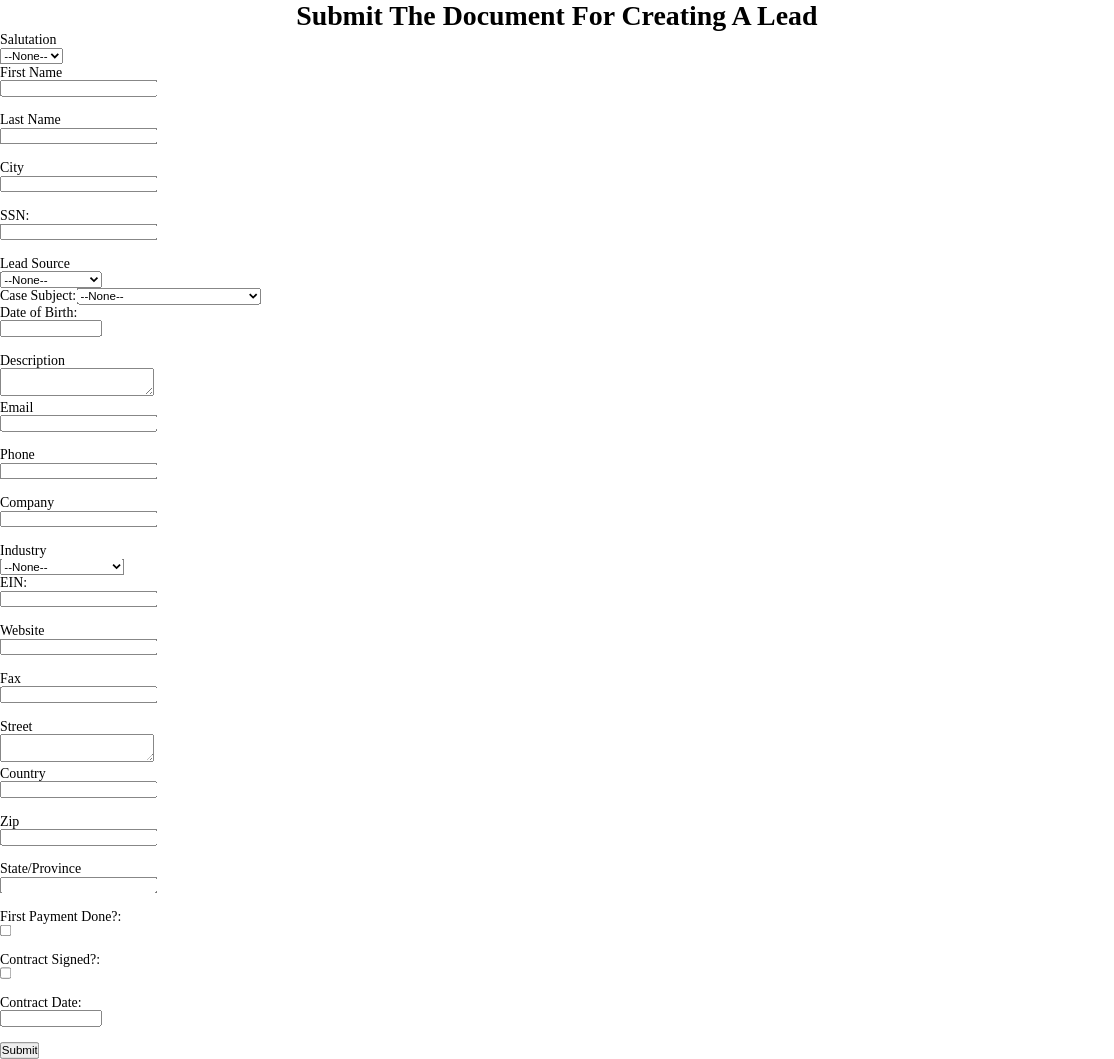
Repository: yaseminvural99/changeForce
Page: index.html
These files come from the project's save history. The page is drawn as it stood at one moment and after a run of saves; the edit follows.
The browser window is 1280 px wide. The pictures show the whole page, at 87% of full size.

Above is the page before, as saved 2024-04-26 21:48:13.

### index.html
<!DOCTYPE html>
<html lang="en">
<head>
    <meta charset="UTF-8">
    <meta name="'viewport" content="width=device-width, initial-scale=1.0">
    <title>Document</title>
    <link rel="stylesheet" href="style.css">
    <script>

    </script>
</head>
<body>
    <h1>Submit The Document For Creating A Lead</h1>

<META HTTP-EQUIV="Content-type" CONTENT="text/html; charset=UTF-8">


    <form action="https://test.salesforce.com/servlet/servlet.WebToLead?encoding=UTF-8&orgId=00DU8000000LYuv" method="POST">

    <input type=hidden name="oid" value="00DU8000000LYuv">
    <input type=hidden name="retURL" value="http://">


    <label for="salutation">Salutation</label><select  id="salutation" name="salutation"><option value="">--None--</option><option value="Mr.">Mr.</option>
    <option value="Ms.">Ms.</option>
    <option value="Mrs.">Mrs.</option>
    <option value="Dr.">Dr.</option>
    <option value="Prof.">Prof.</option>
    <option value="Mx.">Mx.</option>
    </select><br>

    <label for="first_name">First Name</label><input  id="first_name"  name="first_name" size="20" type="text" /><br>

    <label for="last_name">Last Name</label><input  id="last_name"  name="last_name" size="20" type="text" /><br>

    <label for="city">City</label><input  id="city" name="city" size="20" type="text" /><br>

    SSN:<input  id="00NU8000000K5Zp"  name="00NU8000000K5Zp" size="20" type="text" /><br>

    <label for="lead_source">Lead Source</label><select  id="lead_source" name="lead_source"><option value="">--None--</option><option value="Web">Web</option>
    <option value="Phone Inquiry">Phone Inquiry</option>
    <option value="Partner Referral">Partner Referral</option>
    <option value="Purchased List">Purchased List</option>
    <option value="Other">Other</option>
    </select><br>

    Case Subject:<select  id="00NU8000000K5Wb" name="00NU8000000K5Wb" title="Case Subject"><option value="">--None--</option><option value="Affirmative Asylum">Affirmative Asylum</option>
    <option value="AOS Through Asylum">AOS Through Asylum</option>
    <option value="AOS Through Lottery">AOS Through Lottery</option>
    <option value="AOS Through Marriage">AOS Through Marriage</option>
    <option value="Change of Status (B2-F1/J1-F1)">Change of Status (B2-F1/J1-F1)</option>
    <option value="Company Formation">Company Formation</option>
    <option value="Consular Processing (Marriage)">Consular Processing (Marriage)</option>
    <option value="Defensive Asylum (!Non-NTA)">Defensive Asylum (!Non-NTA)</option>
    <option value="Defensive Asylum (Non-NTA)">Defensive Asylum (Non-NTA)</option>
    <option value="Defensive Asylum (NTA)">Defensive Asylum (NTA)</option>
    <option value="E-2 (Change of status)">E-2 (Change of status)</option>
    <option value="E-2 visa">E-2 visa</option>
    <option value="General Immigration">General Immigration</option>
    <option value="I-130 (Marriage)">I-130 (Marriage)</option>
    <option value="I-601A Waiver">I-601A Waiver</option>
    <option value="I-730 (Asylee Relative Petition)">I-730 (Asylee Relative Petition)</option>
    <option value="I-751 (Removing Conditions)">I-751 (Removing Conditions)</option>
    <option value="I-765">I-765</option>
    <option value="J-1 2 Year Rule Waiver">J-1 2 Year Rule Waiver</option>
    <option value="K-1 visa">K-1 visa</option>
    <option value="Mandamus">Mandamus</option>
    <option value="Naturalization">Naturalization</option>
    <option value="Personal Injury">Personal Injury</option>
    <option value="Uncontested Divorce">Uncontested Divorce</option>
    <option value="U visa">U visa</option>
    <option value="VAWA">VAWA</option>
    </select><br>

    Date of Birth:<span class="dateInput dateOnlyInput"><input  id="00NU8000000K5bR" name="00NU8000000K5bR" size="12" type="text" /></span><br>

    <label for="description">Description</label><textarea name="description"></textarea><br>

    <label for="email">Email</label><input  id="email"  name="email" size="20" type="text" /><br>

    <label for="phone">Phone</label><input  id="phone" name="phone" size="20" type="text" /><br>

    <label for="company">Company</label><input  id="company" name="company" size="20" type="text" /><br>

    <label for="industry">Industry</label><select  id="industry" name="industry"><option value="">--None--</option><option value="Agriculture">Agriculture</option>
    <option value="Apparel">Apparel</option>
    <option value="Banking">Banking</option>
    <option value="Biotechnology">Biotechnology</option>
    <option value="Chemicals">Chemicals</option>
    <option value="Communications">Communications</option>
    <option value="Construction">Construction</option>
    <option value="Consulting">Consulting</option>
    <option value="Education">Education</option>
    <option value="Electronics">Electronics</option>
    <option value="Energy">Energy</option>
    <option value="Engineering">Engineering</option>
    <option value="Entertainment">Entertainment</option>
    <option value="Environmental">Environmental</option>
    <option value="Finance">Finance</option>
    <option value="Food &amp; Beverage">Food &amp; Beverage</option>
    <option value="Government">Government</option>
    <option value="Healthcare">Healthcare</option>
    <option value="Hospitality">Hospitality</option>
    <option value="Insurance">Insurance</option>
    <option value="Machinery">Machinery</option>
    <option value="Manufacturing">Manufacturing</option>
    <option value="Media">Media</option>
    <option value="Not For Profit">Not For Profit</option>
    <option value="Recreation">Recreation</option>
    <option value="Retail">Retail</option>
    <option value="Shipping">Shipping</option>
    <option value="Technology">Technology</option>
    <option value="Telecommunications">Telecommunications</option>
    <option value="Transportation">Transportation</option>
    <option value="Utilities">Utilities</option>
    <option value="Other">Other</option>
    </select><br>

    EIN:<input  id="00NU8000000K5YD"  name="00NU8000000K5YD" size="20" type="text" /><br>

    <label for="url">Website</label><input  id="url" name="url" size="20" type="text" /><br>

    <label for="fax">Fax</label><input  id="fax" name="fax" size="20" type="text" /><br>

    <label for="street">Street</label><textarea name="street"></textarea><br>

    <label for="country">Country</label><input  id="country"  name="country" size="20" type="text" /><br>

    <label for="zip">Zip</label><input  id="zip"name="zip" size="20" type="text" /><br>

    <label for="state">State/Province</label><input  id="state"  name="state" size="20" type="text" /><br>

    First Payment Done?:<input  id="00NU8000000K5d3" name="00NU8000000K5d3" type="checkbox" value="1" /><br>

    Contract Signed?:<input  id="00NU8000000K5gH" name="00NU8000000K5gH" type="checkbox" value="1" /><br>

    Contract Date:<span class="dateInput dateOnlyInput"><input  id="00NU8000000K5ef" name="00NU8000000K5ef" size="12" type="text" /></span><br>

    <input type="submit" name="submit">

    </form>
</body>
</html>

### style.css
*{
    margin: 0;
    padding: 0;
    box-sizing: border-box;
}
h1{
    text-align: center;
}
label, input{
    display: block;

}
input{
    width: %100;
}

After the next 3 saves:
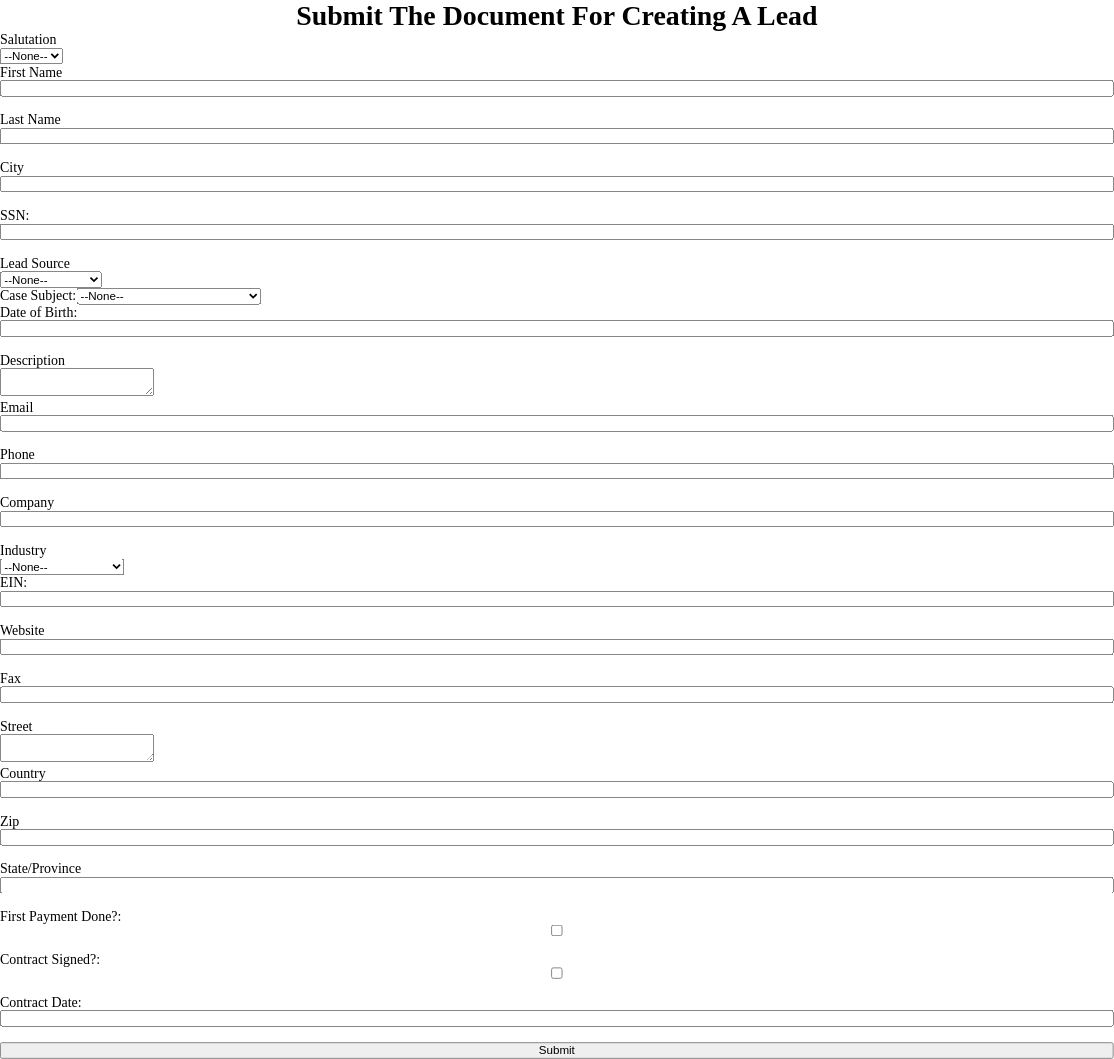
The 3 saves are shown as one change because they came seconds apart.
The last was saved 8 s later.
--- a/style.css
+++ b/style.css
@@ -11,5 +11,5 @@ label, input{
 
 }
 input{
-    width: %100;
+    width: 100%;
 }
